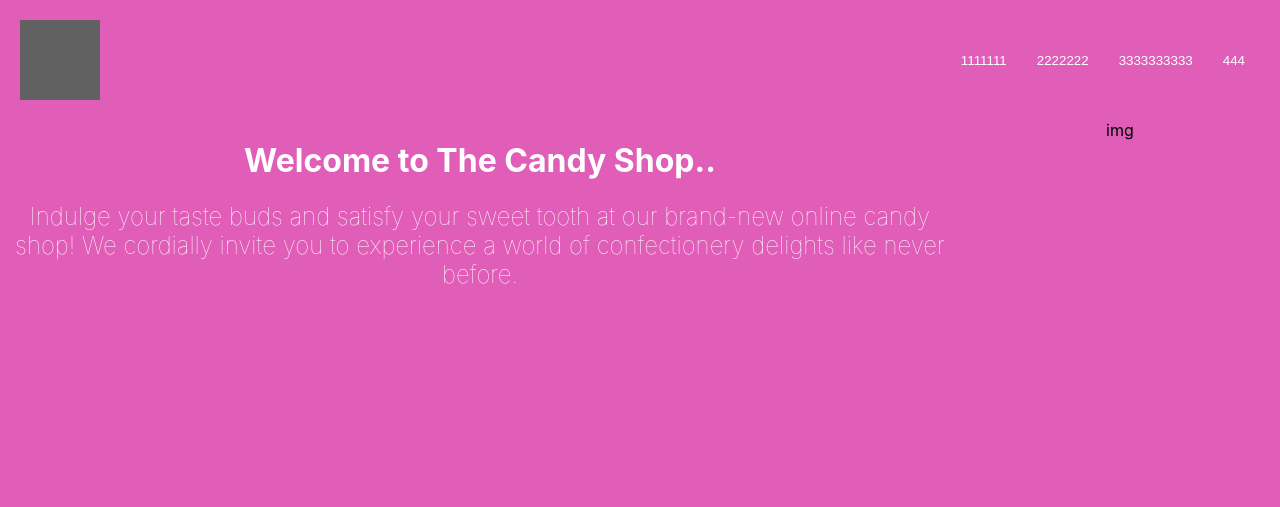
Repository: nika-otter/CandyShop
Page: /
The author's editor kept a copy of each file at every save. The page is drawn from the files as they stood at one save, then again after the next save.
The browser window is 1280 px wide. The pictures show the whole page.
Pictures or frames that could not be fetched are drawn as grey boxes. An inner scrolling area shows only its first screen. The project was rebuilt for these pictures with package versions that can differ from the ones it lists, and the page was loaded fresh each time.

Above is the page before, as saved 2023-06-10 16:51:39.

### src/App.js
import "./App.css";
import Main from "./Pages/Main";

function App() {
  return (
    <div className="App">
      <Main />
    </div>
  );
}

export default App;

### src/App.css
.App {
  text-align: center;
  /* scrollbar-width: none; */
}

.App-logo {
  height: 40vmin;
  pointer-events: none;
}

@media (prefers-reduced-motion: no-preference) {
  .App-logo {
    animation: App-logo-spin infinite 20s linear;
  }
}

.App-header {
  background-color: #282c34;
  min-height: 100vh;
  display: flex;
  flex-direction: column;
  align-items: center;
  justify-content: center;
  font-size: calc(10px + 2vmin);
  color: white;
}

.App-link {
  color: #61dafb;
}

@keyframes App-logo-spin {
  from {
    transform: rotate(0deg);
  }
  to {
    transform: rotate(360deg);
  }
}

### src/Pages/Main.jsx
import Cupcake from "../components/Cupcake";
import Map from "../components/Map";
import Reviews from "../components/Reviews";
import We from "../components/We";
import WhatWeDo from "../components/WhatWeDo";
import classes from "./Main.module.scss";

function Main() {
  return (
    <div className={classes.container}>
      <Cupcake />
      <We />
      <WhatWeDo />
      <Reviews />
      <Map />
    </div>
  );
}

export default Main;

### src/components/Cupcake.jsx
import classes from "./Cupcake.module.scss";
import Nav from "./Nav";
function Cupcake() {
  return (
    <div className={classes.container}>
      <Nav />
      <div className={classes.content}>
        <div className={classes.info}>
          <h1 className={classes.cupcake__title}>
            Welcome to The Candy Shop..
          </h1>
          <h2 className={classes.cupcake__subtitle}>
            Indulge your taste buds and satisfy your sweet tooth at our
            brand-new online candy shop! We cordially invite you to experience a
            world of confectionery delights like never before.
          </h2>
        </div>
        <div className={classes.cupcake}>img</div>
      </div>
    </div>
  );
}

export default Cupcake;

### src/components/Map.jsx
import classes from "./Map.module.scss";
function Map() {
  return <div className={classes.container}></div>;
}

export default Map;

### src/components/Reviews.jsx
import classes from "./Reviews.module.scss";
function Reviews() {
  return <div className={classes.container}>Reviews</div>;
}

export default Reviews;

### src/components/We.jsx
import classes from "./We.module.scss";
function We() {
  return <div className={classes.container}>We</div>;
}

export default We;

### src/components/WhatWeDo.jsx
import classes from "./WhatWeDo.module.scss";
function WhatWeDo() {
  return <div className={classes.container}>WhatWeDo</div>;
}

export default WhatWeDo;

### src/Pages/Main.module.scss
.container {
  height: 100vh;
  background-color: pink;
  scroll-snap-type: y mandatory;
  scroll-behavior: smooth;
  overflow-y: auto;
  scrollbar-width: none;
  &::-webkit-scrollbar {
    display: none;
  }
}

### src/components/Cupcake.module.scss
.container {
  height: 100vh;
  background-color: rgb(224, 94, 183);
  scroll-snap-align: center;
}
.content {
  display: flex;
  justify-content: space-between;
}
.cupcake__title {
  //   font-size: large;
  color: white;
}
.cupcake__subtitle {
  color: white;
  font-weight: 100;
}
.cupcake {
  width: 50vw;
}

### src/components/Nav.jsx
import classes from "./Nav.module.scss";
function Nav() {
  return (
    <nav className={classes.container}>
      <img
        src="https://cdn-icons-png.flaticon.com/512/1888/1888765.png"
        alt=""
      />
      <div>
        {" "}
        <button>1111111</button>
        <button>2222222</button>
        <button>3333333333</button>
        <button>444</button>
      </div>
    </nav>
  );
}

export default Nav;

### src/components/Map.module.scss
.container {
  height: 100vh;
  background-color: rgb(205, 127, 140);
  scroll-snap-align: center;
}

### src/components/Reviews.module.scss
.container {
  height: 100vh;
  background-color: pink;
  scroll-snap-align: center;
}

### src/components/We.module.scss
.container {
  height: 100vh;
  background-color: rgb(209, 183, 188);
  scroll-snap-align: center;
}

### src/components/WhatWeDo.module.scss
.container {
  height: 100vh;
  background-color: rgb(171, 116, 125);
  scroll-snap-align: center;
}

### src/components/Nav.module.scss
.container {
  display: flex;
  justify-content: space-between;
  padding: 20px;
  max-width: 1400px;
  align-items: center;
  img {
    width: 80px;
    height: 80px;
    filter: invert(100%);
  }
  button {
    background-color: transparent;
    border: none;
    cursor: pointer;
    padding: 5px;
    margin: 10px;
    color: white;
    &:hover {
      background-color: #f5f5f530;
      border-radius: 5px;
    }
  }
}

Loaded but not shown: public/index.html (common file); src/index.js (common file); src/index.css (common file)

After the next save:
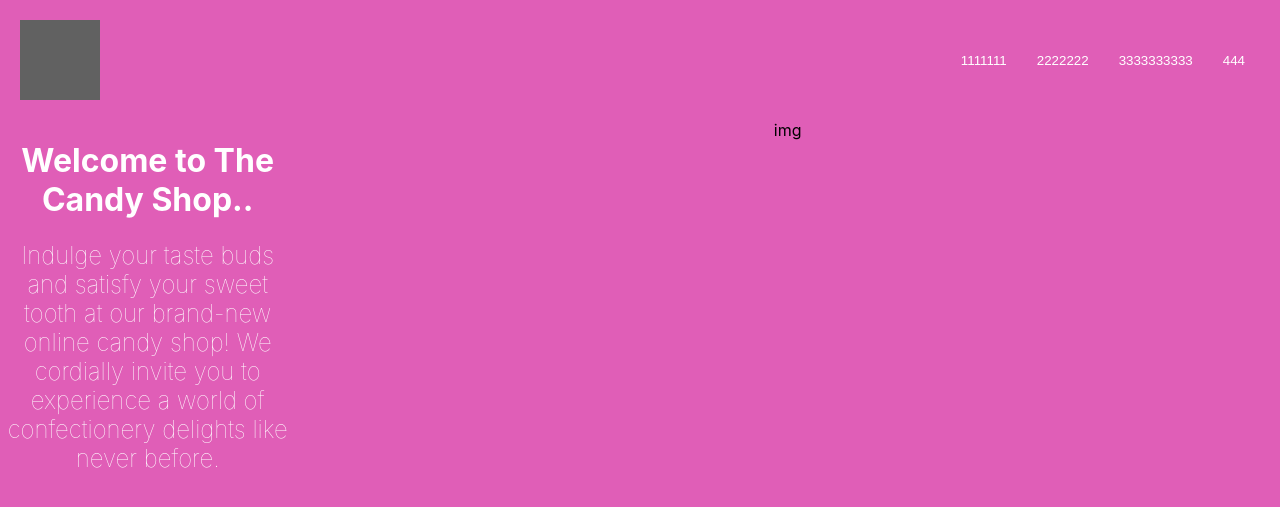
Saved 52 s later.
--- a/src/components/Cupcake.module.scss
+++ b/src/components/Cupcake.module.scss
@@ -16,5 +16,5 @@
   font-weight: 100;
 }
 .cupcake {
-  width: 50vw;
+  width: 500vw;
 }
